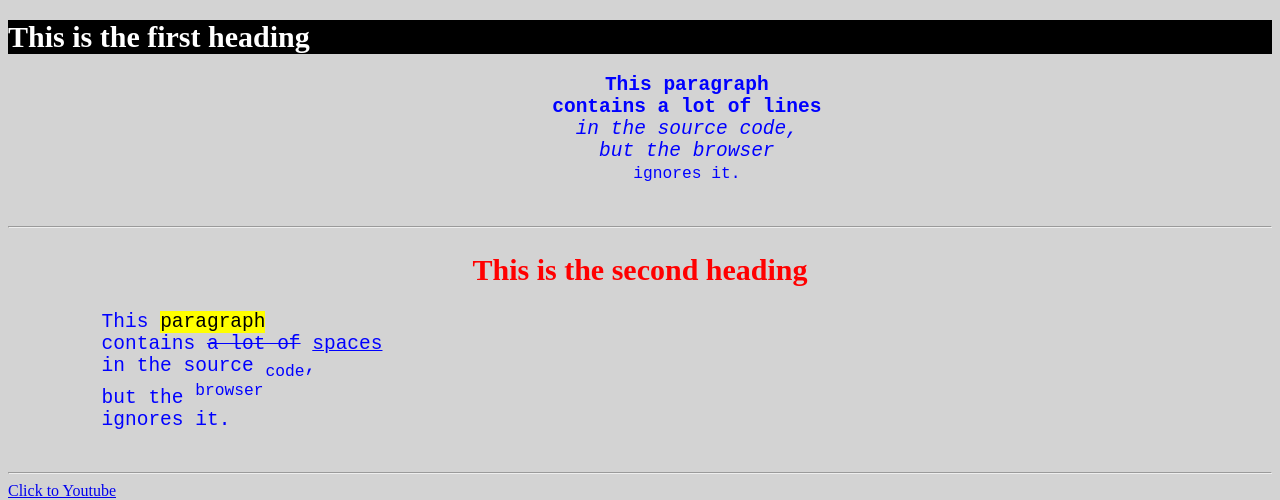
Repository: zRush1202/LoginPage-demo
Page: ex_html/index.html
An editor plug-in stored every save of this project. The page is shown before and after the next save, followed by the edit.
The browser window is 1280 px wide. The pictures show the part of the page from y = 0 to 500 px (the page is 773 px tall).
Pictures or frames that could not be fetched are drawn as grey boxes.

Above is the page before, as saved 2023-09-06 17:20:17.

After the next save:
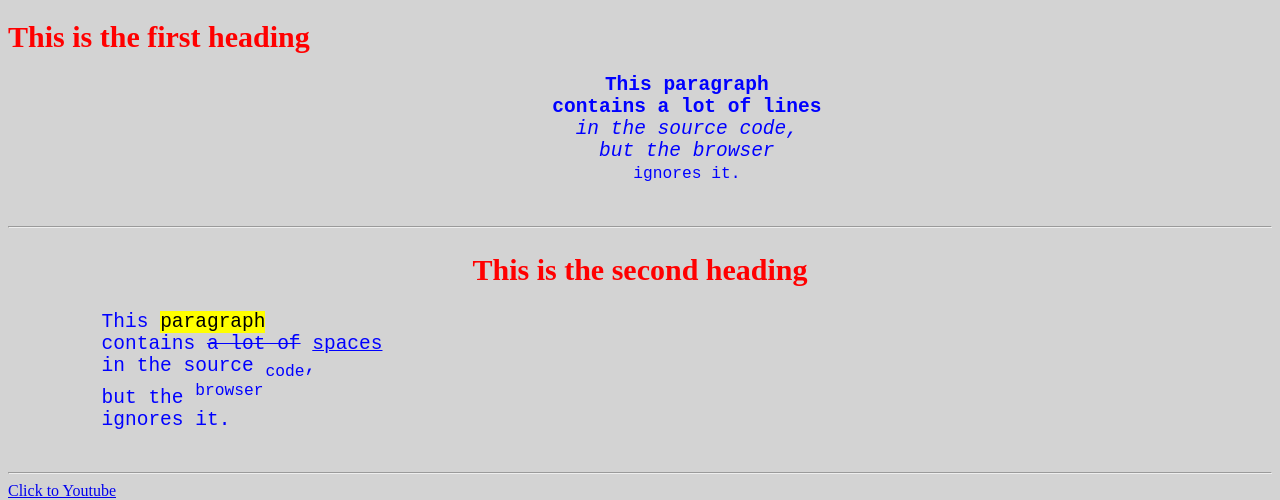
Saved 19 s later.
--- a/ex_html/index.html
+++ b/ex_html/index.html
@@ -6,7 +6,7 @@
     <title>Page Title!</title>
 </head>
 <body style="background-color: lightgray;">
-    <h1 style="color: white; text-align: center; background-color: black; font-size: 30px; font-family:'Times New Roman', Times, serif; text-align:left;">This is the first heading</h1>
+    <h1 style="color: red; text-align: center; font-size: 30px; font-family:'Times New Roman', Times, serif; text-align:left;">This is the first heading</h1>
     <pre style="color: blue; text-align: center; font-size: 150%;"; title="I'm a tooltip">
         <b>This paragraph</b>
         <strong>contains a lot of lines</strong>
